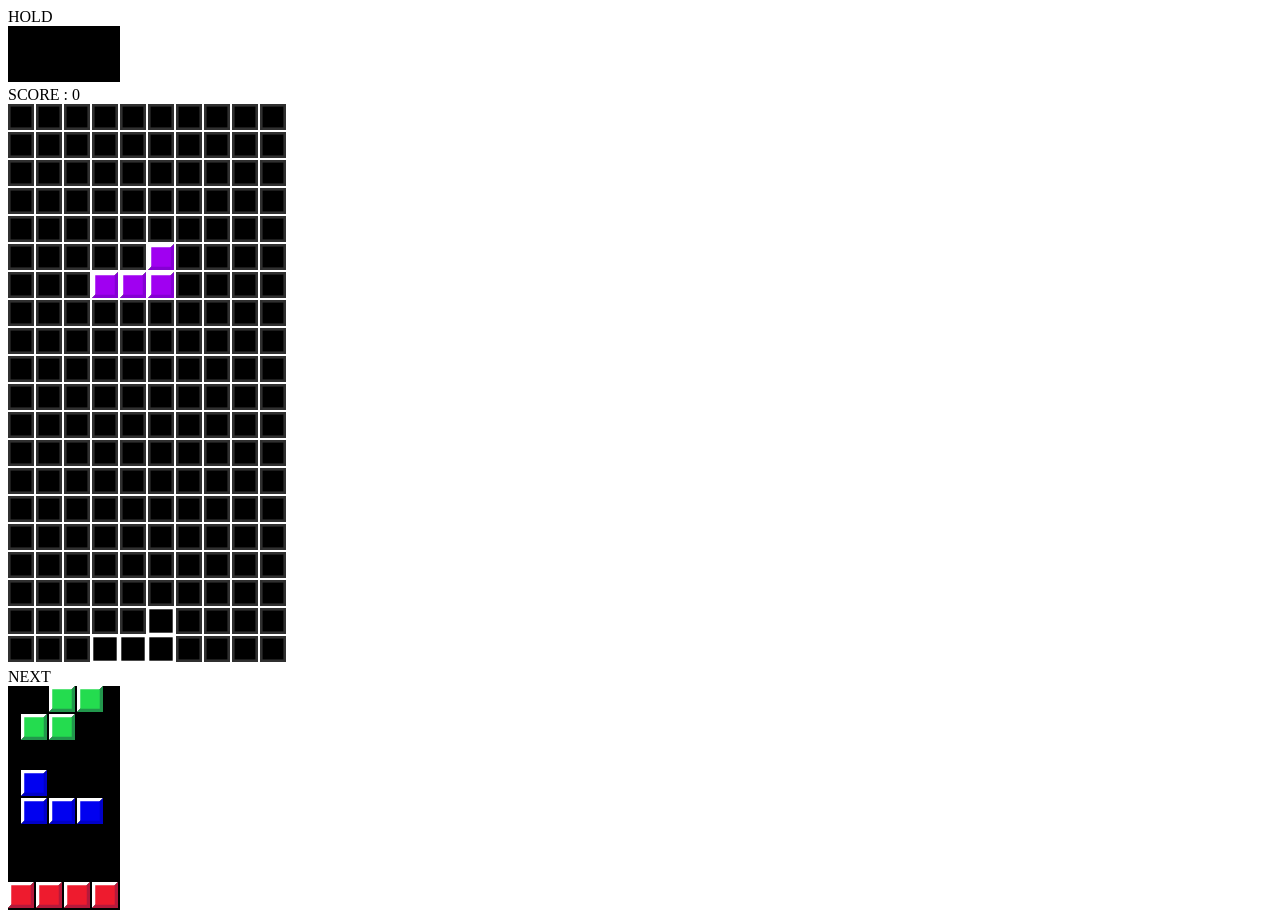
Repository: powidev/Epik-Tetris
Page: index.html
These files come from the project's save history. The page is drawn as it stood at one moment and after the next save; the edit follows.
The browser window is 1280 px wide. The pictures show the whole page.

Above is the page before, as saved 2025-05-20 17:10:31.

After the next save:
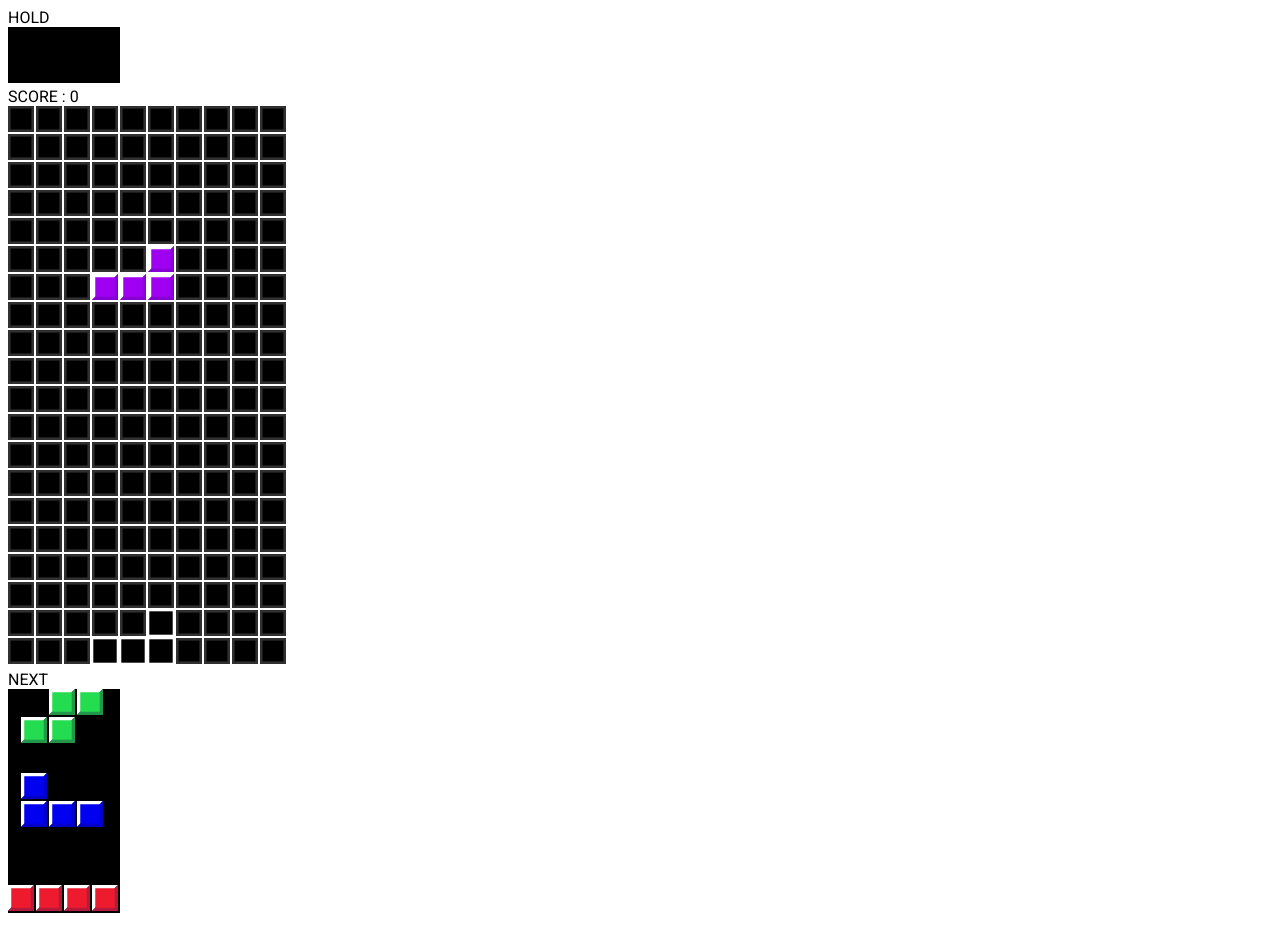
Saved 23 s later.
--- a/style.css
+++ b/style.css
@@ -1 +1,5 @@
 @import url('https://fonts.googleapis.com/css2?family=Roboto:ital,wght@0,100;0,300;0,400;0,500;0,700;0,900;1,100;1,300;1,400;1,500;1,700;1,900&family=Silkscreen:wght@400;700&display=swap');
+*{
+    font-family: "Roboto", sans-serif;
+  font-optical-sizing: auto;
+}
